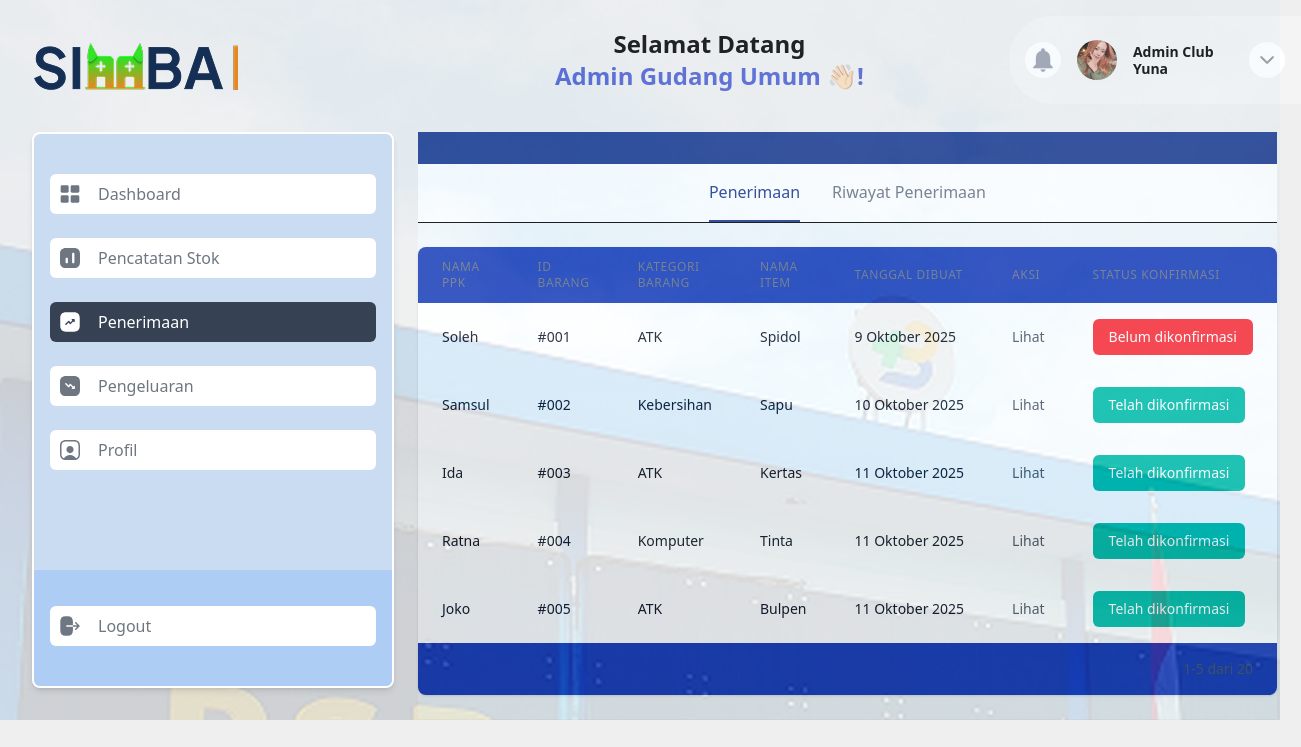
Repository: Gokerwow/inventory-fe
Page: /penerimaan
The author's editor kept a copy of each file at every save. The page is drawn from the files as they stood at one save, then again after the next save.
The browser window is 1280 px wide. The page is 1301 px wide, so the pictures cover 1301 px, including what lies to the right of the window. The pictures show the whole page.
The project was rebuilt for these pictures with package versions that can differ from the ones it lists, and the page was loaded fresh each time. Also part of the build but not shown: vite.config.ts, src/components/categoryBarChart.tsx, src/components/lineChart.tsx, src/pages/dashboard.tsx, src/pages/stokBarang.tsx, src/pages/pengeluaran.tsx, src/pages/profil.tsx.

Above is the page before, as saved 2025-10-14 18:12:25.

### index.html
<!doctype html>
<html lang="en">
  <head>
    <meta charset="UTF-8" />
    <link rel="icon" type="image/svg+xml" href="/vite.svg" />
    <meta name="viewport" content="width=device-width, initial-scale=1.0" />
    <title>inventory-fe</title>
  </head>
  <body>
    <div id="root"></div>
    <script type="module" src="/src/main.tsx"></script>
  </body>
</html>

### src/main.tsx
import { StrictMode } from 'react'
import { createRoot } from 'react-dom/client'
import './index.css'
import App from './App.tsx'
import ErrorBoundary from './components/errorBoundary.tsx'
import { BrowserRouter } from 'react-router-dom'

createRoot(document.getElementById('root')!).render(
  <StrictMode>
    <ErrorBoundary>
      <BrowserRouter>
        <App />
      </BrowserRouter>
    </ErrorBoundary>
  </StrictMode>,
)

### src/App.tsx
import './App.css'
import { Routes, Route, Navigate } from 'react-router-dom'
import Layout from './components/layout'
import Dashboard from './pages/dashboard'
import StokBarang from './pages/stokBarang'
import Penerimaan from './pages/penerimaan'
import Pengeluaran from './pages/pengeluaran'
import Profil from './pages/profil'


function App() {
  return (
    <Routes>
      <Route path="/" element={<Layout />}>
        <Route index element={<Navigate to="/dashboard" replace />} />
        <Route path="dashboard" element={<Dashboard />} />
        <Route path="pencatatan-stok" element={<StokBarang />} />
        <Route path="penerimaan" element={<Penerimaan />} />
        <Route path="pengeluaran" element={<Pengeluaran />} />
        <Route path="profil" element={<Profil />} />
      </Route>
    </Routes>
  )
}

export default App

### src/components/errorBoundary.tsx
// components/ErrorBoundary.tsx
import { ErrorBoundary as ReactErrorBoundary } from 'react-error-boundary';
import { type ReactNode } from 'react';

function ErrorFallback({ error, resetErrorBoundary }: any) {
    return (
        <div className="min-h-screen flex items-center justify-center bg-gray-100">
            <div className="bg-white p-8 rounded-lg shadow-lg max-w-md w-full">
                <h2 className="text-2xl font-bold text-red-600 mb-4">
                    Oops! Terjadi Error
                </h2>
                <div className="bg-red-50 border border-red-200 rounded p-4 mb-4">
                    <p className="text-red-800 font-semibold">Error:</p>
                    <p className="text-red-600 text-sm mt-2">{error.message}</p>
                </div>
                <details className="mb-4">
                    <summary className="cursor-pointer text-gray-600 hover:text-gray-800">
                        Stack Trace
                    </summary>
                    <pre className="mt-2 text-xs bg-gray-50 p-2 rounded overflow-auto max-h-40">
                        {error.stack}
                    </pre>
                </details>
                <button
                    onClick={resetErrorBoundary}
                    className="w-full bg-blue-600 text-white py-2 px-4 rounded hover:bg-blue-700 transition"
                >
                    Coba Lagi
                </button>
            </div>
        </div>
    );
}

interface ErrorBoundaryProps {
    children: ReactNode;
}

export default function ErrorBoundary({ children }: ErrorBoundaryProps) {
    return (
        <ReactErrorBoundary
            FallbackComponent={ErrorFallback}
            onError={(error, errorInfo) => {
                // Log error ke console atau service logging (Sentry, LogRocket, dll)
                console.error('Error caught by boundary:', error, errorInfo);
            }}
            onReset={() => {
                // Reset state aplikasi jika perlu
                window.location.href = '/';
            }}
        >
            {children}
        </ReactErrorBoundary>
    );
}

### src/App.css
@import "tailwindcss";

body {
  background-color: #EFEFEF;
}

### src/components/layout.tsx
// components/Layout.tsx
import { Outlet } from 'react-router-dom';
import SideBar from '../components/sidebar'
import TopBar from '../components/topBar'
import Background from '../assets/background.png';
import SimbaLogo from '../assets/Light Logo new 1.png';

function Layout() {
    return (
        <div className="flex flex-col h-screen">
            <div
                className="absolute inset-0 bg-no-repeat bg-cover bg-top"
                style={{ backgroundImage: `url(${Background})` }}
            />

            <div className='flex'>
                {/* Sidebar  */}
                <div className='p-4 h-screen fixed top-0 left-0 flex flex-col w-[394px] z-10'>
                    <div className='p-4'>
                        <img src={SimbaLogo} alt="Simba Logo" />
                    </div>
                    <SideBar />
                </div>

                {/* Content Area */}
                <div className="flex flex-col flex-1 ml-[394px]">
                    <TopBar />
                    <div className="flex-1 overflow-auto mb-4  p-3 px-6">
                        <Outlet/>
                    </div>
                </div>
            </div>
        </div>
    );
}

export default Layout;

### src/pages/penerimaan.tsx
import { useState } from 'react';

export default function Penerimaan() {
    const [activeTab, setActiveTab] = useState('penerimaan');

    const [data] = useState([
        {
            id: 1,
            namaPPK: 'Soleh',
            idBarang: '#001',
            kategori: 'ATK',
            namaItem: 'Spidol',
            tanggal: '9 Oktober 2025',
            status: 'Belum dikonfirmasi'
        },
        {
            id: 2,
            namaPPK: 'Samsul',
            idBarang: '#002',
            kategori: 'Kebersihan',
            namaItem: 'Sapu',
            tanggal: '10 Oktober 2025',
            status: 'Telah dikonfirmasi'
        },
        {
            id: 3,
            namaPPK: 'Ida',
            idBarang: '#003',
            kategori: 'ATK',
            namaItem: 'Kertas',
            tanggal: '11 Oktober 2025',
            status: 'Telah dikonfirmasi'
        },
        {
            id: 4,
            namaPPK: 'Ratna',
            idBarang: '#004',
            kategori: 'Komputer',
            namaItem: 'Tinta',
            tanggal: '11 Oktober 2025',
            status: 'Telah dikonfirmasi'
        },
        {
            id: 5,
            namaPPK: 'Joko',
            idBarang: '#005',
            kategori: 'ATK',
            namaItem: 'Bulpen',
            tanggal: '11 Oktober 2025',
            status: 'Telah dikonfirmasi'
        }
    ]);

    return (
        <div className="bg-[#F3F7FA]">
            {/* Header */}
            <div className="bg-blue-900 text-white px-6 py-4">

            </div>

            {/* Tabs */}
            <div className="bg-white border-b">
                <div className="px-6">
                    <div className="flex gap-8 justify-center items-center">
                        <button
                            onClick={() => setActiveTab('penerimaan')}
                            className={`py-4 font-medium border-b-2 transition-colors ${activeTab === 'penerimaan'
                                    ? 'border-blue-900 text-blue-900'
                                    : 'border-transparent text-gray-500 hover:text-gray-700'
                                }`}
                        >
                            Penerimaan
                        </button>
                        <button
                            onClick={() => setActiveTab('riwayat')}
                            className={`py-4 font-medium border-b-2 transition-colors ${activeTab === 'riwayat'
                                    ? 'border-blue-900 text-blue-900'
                                    : 'border-transparent text-gray-500 hover:text-gray-700'
                                }`}
                        >
                            Riwayat Penerimaan
                        </button>
                    </div>
                </div>
            </div>

            {/* Table */}
            <div className="py-6">
                <div className=" rounded-lg shadow overflow-hidden bg-blue-800">
                    <table className="w-full ">
                        <thead className="">
                            <tr>
                                <th className="px-6 py-3 text-left text-xs font-medium text-gray-500 uppercase tracking-wider">
                                    Nama PPK
                                </th>
                                <th className="px-6 py-3 text-left text-xs font-medium text-gray-500 uppercase tracking-wider">
                                    ID Barang
                                </th>
                                <th className="px-6 py-3 text-left text-xs font-medium text-gray-500 uppercase tracking-wider">
                                    Kategori Barang
                                </th>
                                <th className="px-6 py-3 text-left text-xs font-medium text-gray-500 uppercase tracking-wider">
                                    Nama Item
                                </th>
                                <th className="px-6 py-3 text-left text-xs font-medium text-gray-500 uppercase tracking-wider">
                                    Tanggal dibuat
                                </th>
                                <th className="px-6 py-3 text-left text-xs font-medium text-gray-500 uppercase tracking-wider">
                                    Aksi
                                </th>
                                <th className="px-6 py-3 text-left text-xs font-medium text-gray-500 uppercase tracking-wider">
                                    Status konfirmasi
                                </th>
                            </tr>
                        </thead>
                        <tbody className="bg-white divide-gray-200">
                            {data.map((item) => (
                                <tr key={item.id} className="hover:bg-blue-50">
                                    <td className="px-6 py-4 whitespace-nowrap text-sm text-gray-900">
                                        {item.namaPPK}
                                    </td>
                                    <td className="px-6 py-4 whitespace-nowrap text-sm text-gray-900">
                                        {item.idBarang}
                                    </td>
                                    <td className="px-6 py-4 whitespace-nowrap text-sm text-gray-900">
                                        {item.kategori}
                                    </td>
                                    <td className="px-6 py-4 whitespace-nowrap text-sm text-gray-900">
                                        {item.namaItem}
                                    </td>
                                    <td className="px-6 py-4 whitespace-nowrap text-sm text-gray-900">
                                        {item.tanggal}
                                    </td>
                                    <td className="px-6 py-4 whitespace-nowrap text-sm">
                                        <button className="inline-flex items-center gap-1 text-gray-600 hover:text-gray-900">
                                            {/* <Eye size={16} /> */}
                                            <span>Lihat</span>
                                        </button>
                                    </td>
                                    <td className="px-6 py-4 whitespace-nowrap text-sm">
                                        {item.status === 'Belum dikonfirmasi' ? (
                                            <button className="px-4 py-2 bg-red-500 text-white rounded-md hover:bg-red-600 transition-colors">
                                                Belum dikonfirmasi
                                            </button>
                                        ) : (
                                            <button className="px-4 py-2 bg-teal-500 text-white rounded-md hover:bg-teal-600 transition-colors">
                                                Telah dikonfirmasi
                                            </button>
                                        )}
                                    </td>
                                </tr>
                            ))}
                        </tbody>
                    </table>

                    {/* Pagination */}
                    <div className="px-6 py-4 flex justify-end text-sm text-gray-600">
                        1-5 dari 20
                    </div>
                </div>
            </div>
        </div>
    );
};

### src/components/sidebar.tsx
import DashboardIcon from '../assets/DashboardIcon.svg?react';
import ChartIcon from '../assets/Chart.svg?react';
import PenerimaanIcon from '../assets/Penerimaan.svg?react';
import PengeluaranIcon from '../assets/Pengeluaran.svg?react';
import ProfilIcon from '../assets/profil.svg?react';
import LogoutIcon from '../assets/LogoutIcon.svg?react';
import { NavLink } from 'react-router-dom';

export default function SideBar() {
    const menuItems = [
        { path: '/dashboard', icon: DashboardIcon, label: 'Dashboard' },
        { path: '/pencatatan-stok', icon: ChartIcon, label: 'Pencatatan Stok' },
        { path: '/penerimaan', icon: PenerimaanIcon, label: 'Penerimaan' },
        { path: '/pengeluaran', icon: PengeluaranIcon, label: 'Pengeluaran' },
        { path: '/profil', icon: ProfilIcon, label: 'Profil' },
    ];

    return (
        <div className='w-[394px] p-4 flex-1'>
            <div className="bg-[#CADCF2] text-white flex flex-col justify-between h-full rounded-lg overflow-hidden shadow-md border-2 border-white">
                <ul className='flex flex-col gap-6 px-4 py-10'>
                    {menuItems.map((item) => (
                        <li key={item.path}>
                            <NavLink
                                to={item.path}
                                className={({ isActive }) =>
                                    `flex items-center gap-4 p-2 rounded-md cursor-pointer transition-all duration-300 ${isActive
                                        ? 'bg-gray-700 text-white'
                                        : 'bg-white text-[#6E7781] hover:bg-gray-700 hover:text-white group'
                                    }`
                                }
                            >
                                {({ isActive }) => (
                                    <>
                                        <item.icon
                                            className={`w-6 h-6 fill-current transition-colors ${isActive
                                                ? 'text-white'
                                                : 'text-[#6E7781] group-hover:text-white'
                                                }`}
                                        />
                                        <span>{item.label}</span>
                                    </>
                                )}
                            </NavLink>
                        </li>
                    ))}

                </ul>
                <div className='w-full h-[21%] flex justify-center items-end bg-[#ADCDF4] px-4 py-10'>
                    {/* Logout - Pisah karena bukan navigasi biasa */}
                    <button
                        onClick={() => {
                            // Handle logout logic di sini
                            console.log('Logout clicked');
                        }}
                        className='flex items-center gap-4 p-2 bg-white hover:bg-red-600 group rounded-md cursor-pointer transition-all duration-300 w-full text-left'
                    >
                        <LogoutIcon className="w-6 h-6 fill-current text-[#6E7781] group-hover:text-white" />
                        <span className='text-[#6E7781] group-hover:text-white'>Logout</span>
                    </button>

                </div>
            </div>
        </div>
    );
}

### src/components/topBar.tsx
import NotifIcon from '../assets/Notification.png';
import ChevronDown from '../assets/ChevronDown.png';
import PfpExample from '../assets/Pfp Example.jpeg';

export default function TopBar() {
    return (
        <div className="w-full flex items-center justify-between gap-6 py-4 pl-4">
            <div></div>
            <div className='text-2xl font-bold'>
                <p className='text-center'>Selamat Datang</p>
                <p className='text-center text-[#4D5ED1]'>Admin Gudang Umum 👋🏻!</p>
            </div>
            <div>
                <div className='flex items-center justify-center gap-4 bg-white/30 rounded-l-full px-4 py-6'>
                    <div className='bg-white rounded-full w-9 h-9 flex items-center justify-center'>
                        <img src={NotifIcon} alt="Notification Icon" className='h-6' />
                    </div>
                    <div className='flex items-center gap-4'>
                        <div className='bg-white rounded-full w-10 h-10 flex items-center justify-center overflow-hidden'>
                            <img src={PfpExample} alt="Profile Picture" className='w-full' />
                        </div>
                        <span className='max-w-[100px] break-words leading-tight font-semibold text-sm'>Admin Club Yuna</span>
                    </div>
                    <div className='bg-white rounded-full w-9 h-9 flex items-center justify-center'>
                        <img src={ChevronDown} alt="Notification Icon" className='h-2' />
                    </div>
                </div>
            </div>
        </div>
    )
}

Loaded but not shown: src/index.css (common file)

After the next save:
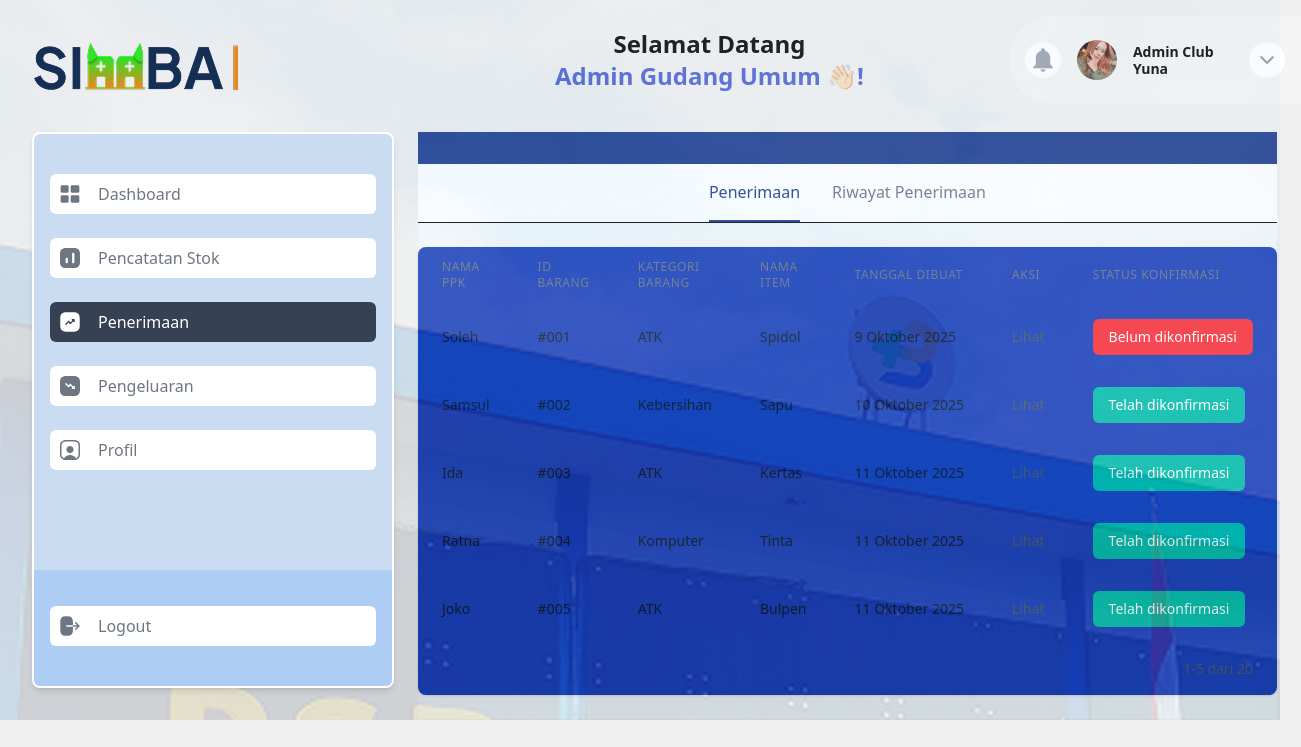
Saved 4 s later.
--- a/src/pages/penerimaan.tsx
+++ b/src/pages/penerimaan.tsx
@@ -113,7 +113,7 @@ export default function Penerimaan() {
                                 </th>
                             </tr>
                         </thead>
-                        <tbody className="bg-white divide-gray-200">
+                        <tbody className="">
                             {data.map((item) => (
                                 <tr key={item.id} className="hover:bg-blue-50">
                                     <td className="px-6 py-4 whitespace-nowrap text-sm text-gray-900">
